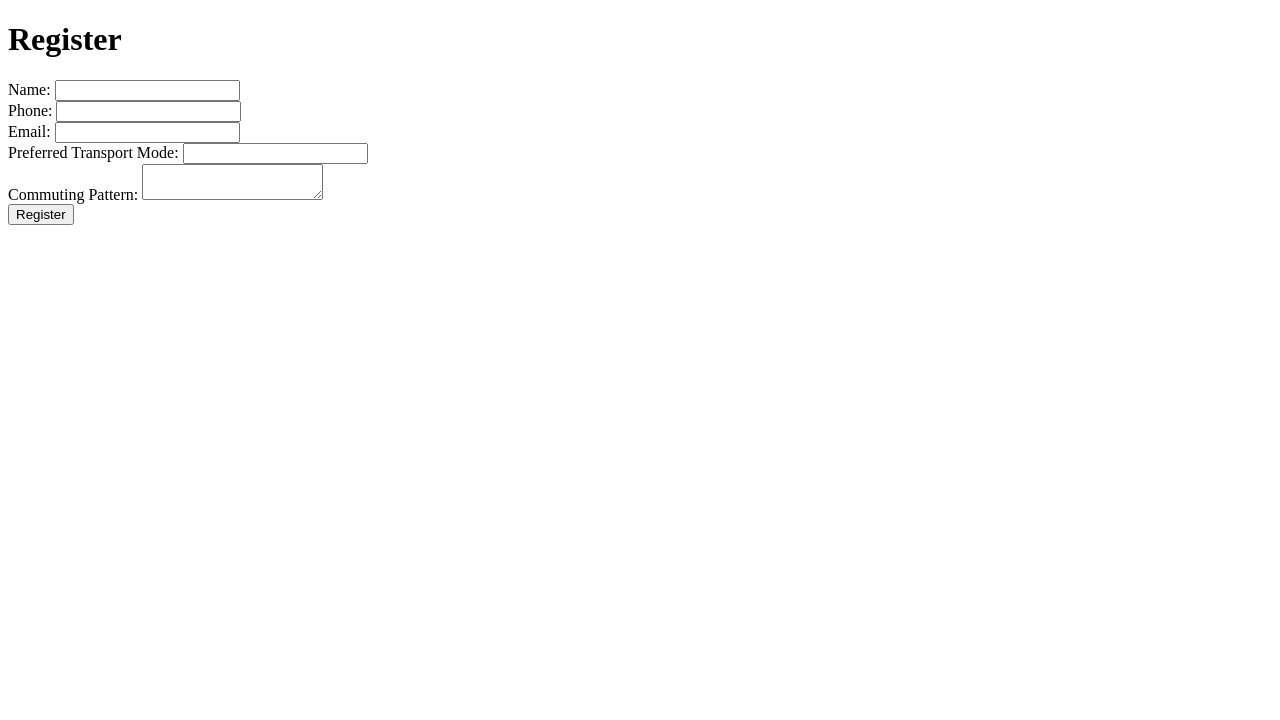
Repository: harutoNaiz/urban-mobility-system
Page: http://localhost/register
These files come from the project's save history. The page is drawn as it stood at one moment and after the next save; the edit follows.
The browser window is 1280 px wide. The pictures show the whole page.
The page is served by the project's application, run on Flask 3 (app.py).

Above is the page before, as saved 2024-11-12 21:38:31.

After the next save:
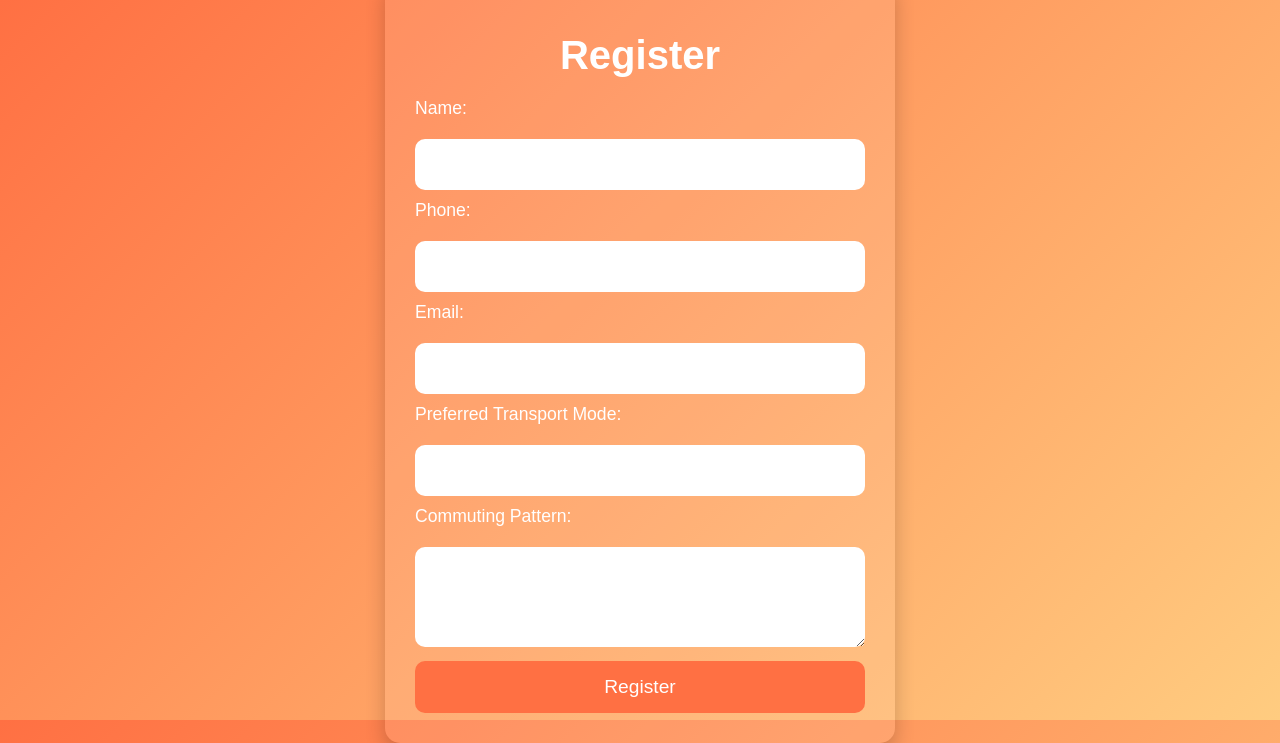
Saved 42 s later.
--- a/templates/register.html
+++ b/templates/register.html
@@ -4,26 +4,114 @@
     <meta charset="UTF-8">
     <meta name="viewport" content="width=device-width, initial-scale=1.0">
     <title>Register</title>
+    <style>
+        body {
+            font-family: 'Arial', sans-serif;
+            background: linear-gradient(135deg, #FF7043, #FFCC80);
+            margin: 0;
+            padding: 0;
+            height: 100vh;
+            display: flex;
+            justify-content: center;
+            align-items: center;
+            color: #fff;
+        }
+
+        .container {
+            background: rgba(255, 255, 255, 0.1);
+            padding: 30px;
+            border-radius: 15px;
+            box-shadow: 0 10px 20px rgba(0, 0, 0, 0.2);
+            width: 100%;
+            max-width: 450px;
+            text-align: center;
+        }
+
+        h1 {
+            font-size: 2.5rem;
+            margin-bottom: 20px;
+            color: #fff;
+        }
+
+        label {
+            font-size: 1.1rem;
+            display: block;
+            margin-bottom: 10px;
+            text-align: left;
+            color: #fff;
+        }
+
+        input[type="text"],
+        input[type="email"],
+        textarea {
+            width: 100%;
+            padding: 15px;
+            margin: 10px 0;
+            font-size: 1.1rem;
+            border: none;
+            border-radius: 10px;
+            background-color: #fff;
+            color: #333;
+            box-sizing: border-box;
+        }
+
+        textarea {
+            height: 100px;
+        }
+
+        button {
+            width: 100%;
+            padding: 15px;
+            background-color: #FF7043;
+            color: #fff;
+            font-size: 1.2rem;
+            border: none;
+            border-radius: 10px;
+            cursor: pointer;
+            transition: background-color 0.3s ease;
+        }
+
+        button:hover {
+            background-color: #F4511E;
+        }
+
+        p {
+            margin-top: 20px;
+            color: #fff;
+        }
+
+        a {
+            color: #FFCC80;
+            text-decoration: none;
+            font-weight: bold;
+        }
+
+        a:hover {
+            color: #fff;
+        }
+    </style>
 </head>
 <body>
-    <h1>Register</h1>
-    <form method="POST">
-        <label for="name">Name:</label>
-        <input type="text" id="name" name="name" required><br>
+    <div class="container">
+        <h1>Register</h1>
+        <form method="POST">
+            <label for="name">Name:</label>
+            <input type="text" id="name" name="name" required><br>
 
-        <label for="phone">Phone:</label>
-        <input type="text" id="phone" name="phone" required><br>
+            <label for="phone">Phone:</label>
+            <input type="text" id="phone" name="phone" required><br>
 
-        <label for="email">Email:</label>
-        <input type="email" id="email" name="email" required><br>
+            <label for="email">Email:</label>
+            <input type="email" id="email" name="email" required><br>
 
-        <label for="preferred_transport">Preferred Transport Mode:</label>
-        <input type="text" id="preferred_transport" name="preferred_transport" required><br>
+            <label for="preferred_transport">Preferred Transport Mode:</label>
+            <input type="text" id="preferred_transport" name="preferred_transport" required><br>
 
-        <label for="commuting_pattern">Commuting Pattern:</label>
-        <textarea id="commuting_pattern" name="commuting_pattern" required></textarea><br>
+            <label for="commuting_pattern">Commuting Pattern:</label>
+            <textarea id="commuting_pattern" name="commuting_pattern" required></textarea><br>
 
-        <button type="submit">Register</button>
-    </form>
+            <button type="submit">Register</button>
+        </form>
+    </div>
 </body>
 </html>
